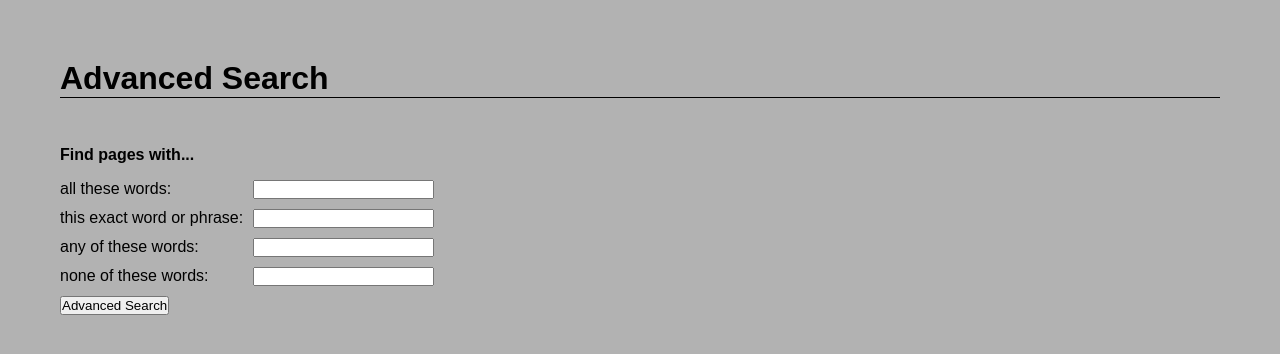
Repository: etentuk/search
Page: advanced_search.html
An editor plug-in stored every save of this project. The page is shown before and after the next save, followed by the edit.
The browser window is 1280 px wide. The pictures show the whole page.

Above is the page before, as saved 2021-11-04 23:10:31.

### advanced_search.html
<!DOCTYPE html>
<html lang="en">

<head>
    <title>Advanced Search</title>
    <link rel="stylesheet" href="styles.css">
</head>

<body>

    <div id="container">
        <div id="title">
            <h1>Advanced Search</h1>
        </div>
        <h4>Find pages with...</h4>
        <form action="https://google.com/search" class="form-example">
            <div style="display: table-row;">
                <div class="form-example">
                    <label for="as_q">all these words: </label>
                    <input type="text" id="as_q" name="as_q">
                </div>
                <div class="form-example">
                    <label for="as_epq">this exact word or phrase: </label>
                    <input type="text" id="as_epq" name="as_epq">
                </div>
                <div class="form-example">
                    <label for="as_oq">any of these words: </label>
                    <input type="text" id="as_oq" name="as_oq">
                </div>
                <div class="form-example">
                    <label for="as_eq">none of these words: </label>
                    <input type="text" id="as_eq" name="as_eq">
                </div>
            </div>
            <input type="submit" value="Advanced Search">
        </form>
    </div>
</body>

</html>

### styles.css
* {
  margin: 0;
  padding: 0;
  box-sizing: border-box;
}

form.form-example {
  display: table;
}

div.form-example {
  display: table-row;
}

label,
input {
  display: table-cell;
  margin-bottom: 10px;
}

label {
  padding-right: 10px;
}

#title {
  border-bottom: 1px solid black;
  /* border-width: 10px; */
}

#container {
  font-family: Arial, Helvetica, sans-serif;
  background-color: rgba(0, 0, 0, 0.3);
  min-height: 100vh;
  padding: 60px;
}

#container h4 {
  padding: 3rem 0 1rem 0;
}

After the next save:
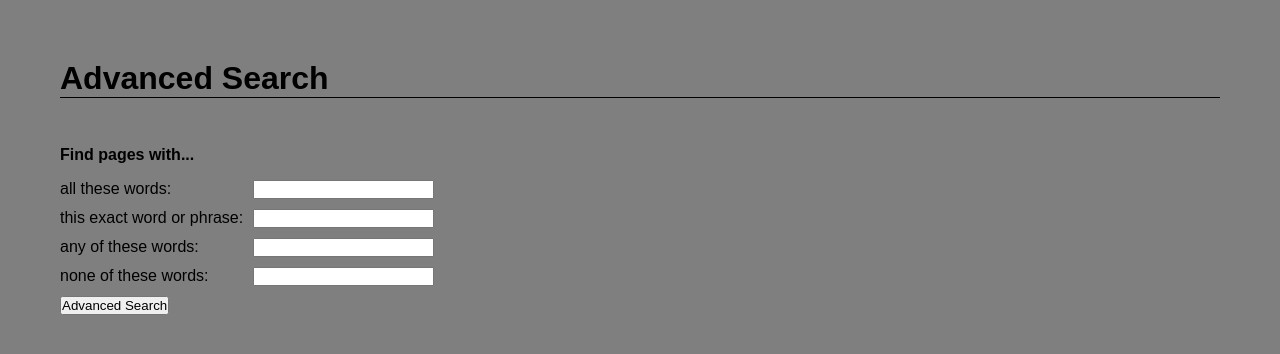
Saved 17 s later.
--- a/styles.css
+++ b/styles.css
@@ -29,7 +29,7 @@ label {
 
 #container {
   font-family: Arial, Helvetica, sans-serif;
-  background-color: rgba(0, 0, 0, 0.3);
+  background-color: rgba(0, 0, 0, 0.5);
   min-height: 100vh;
   padding: 60px;
 }
